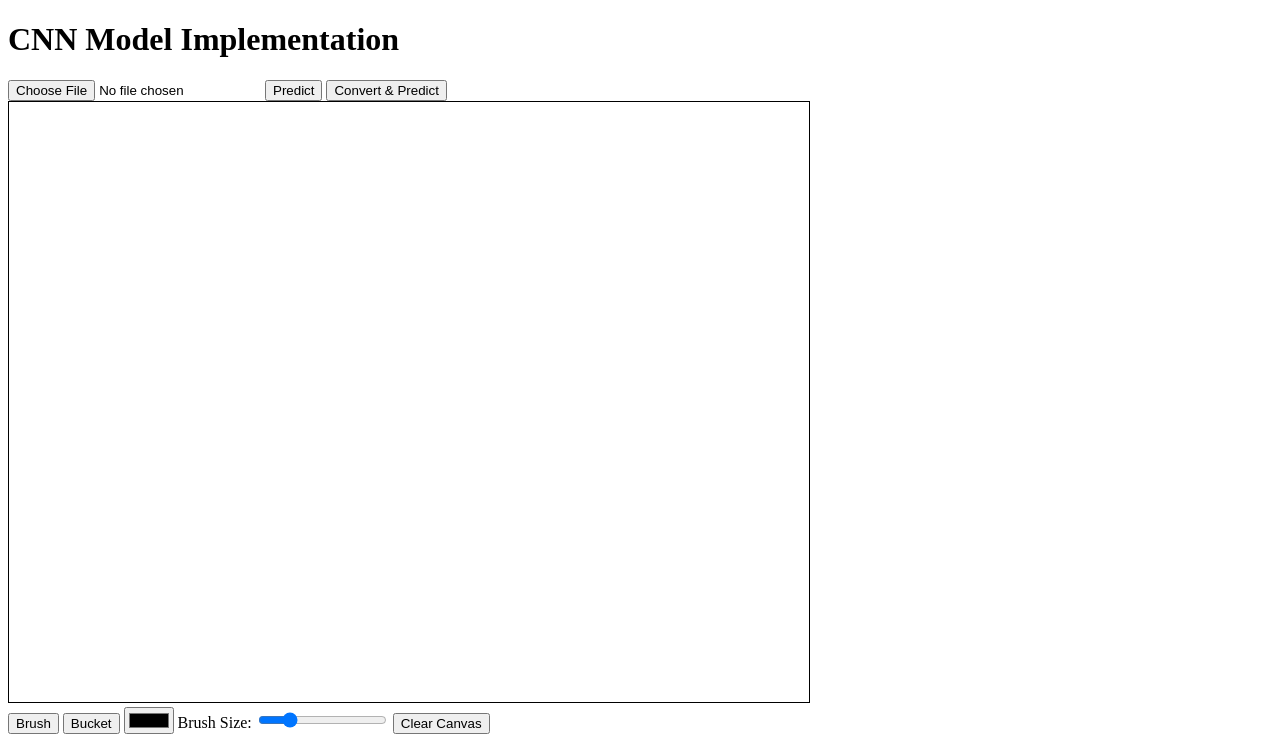
Repository: choobrendan/Flag-Guesser
Page: http://localhost/
These files come from the project's save history. The page is drawn as it stood at one moment and after a run of saves; the edit follows.
The browser window is 1280 px wide. The pictures show the whole page.
The page is served by the project's application, run on Flask 3 (app.py).

Above is the page before, as saved 2023-08-28 15:06:09.

### templates/index.html
<!DOCTYPE html>
<html lang="en">
<head>
    <meta charset="UTF-8">
    <meta name="viewport" content="width=device-width, initial-scale=1.0">
    <h1>CNN Model Implementation</h1>
    <form id="prediction-form" enctype="multipart/form-data">
        <input type="file" name="image" accept="image/*">
        <button type="submit">Predict</button>
        <button id="convert-and-predict">Convert & Predict</button>
    </form>
    <!-- <img id="converted-image" style="max-width: 100%; display: none;"> -->

    <style>
        canvas {
            border: 1px solid black;
        }
    </style>
</head>
<body>
    <canvas id="paint-canvas" width="800" height="600"></canvas>

    <div id="paint-controls">
        <button id="brush-tool">Brush</button>
        <button id="bucket-tool">Bucket</button>
        <input type="color" id="color-picker" value="#000000">
        <label for="brush-size">Brush Size:</label>
        <input type="range" id="brush-size" min="1" max="20" value="5">
        <button id="clear-canvas">Clear Canvas</button>
    </div>
    <div id="prediction-result"></div>
    <script>
        document.getElementById('prediction-form').addEventListener('submit', function(event) {
            event.preventDefault();

            const formData = new FormData(document.getElementById('prediction-form'));

            fetch('/predict', {
                method: 'POST',
                body: formData
            })
            .then(response => response.json())
            .then(data => {
                const resultDiv = document.getElementById('prediction-result');
                resultDiv.innerHTML = ""; // Clear previous results

                const predictions = data.predictions;
                for (const prediction of predictions) {
                    const class_name = prediction.class_name;
                    const score = prediction.score;

                    const predictionInfo = document.createElement('p');
                    predictionInfo.textContent = `Nation: ${class_name}, Confidence: ${score}`;
                    resultDiv.appendChild(predictionInfo);
                }
            })
            .catch(error => {
                console.error('Error:', error);
            });
        });
        const canvas = document.getElementById('paint-canvas');
        const ctx = canvas.getContext('2d');
        let painting = false;
        let currentTool = 'brush';
        let currentColor = '#000000';
        let brushSize = 5;

        canvas.addEventListener('mousedown', startPainting);
        canvas.addEventListener('mouseup', stopPainting);
        canvas.addEventListener('mousemove', draw);

        // Adjusted function to start painting
        function startPainting(event) {
            painting = true;
            draw(event);
        }

        // Adjusted function to handle drawing
        function draw(event) {
            if (!painting) return;

            const canvasRect = canvas.getBoundingClientRect();
            const mouseX = event.clientX - canvasRect.left;
            const mouseY = event.clientY - canvasRect.top;

            ctx.lineWidth = brushSize;
            ctx.lineCap = 'round';
            ctx.strokeStyle = currentColor;

            ctx.lineTo(mouseX, mouseY);
            ctx.stroke();
            ctx.beginPath();
            ctx.moveTo(mouseX, mouseY);
        }

        document.getElementById('brush-tool').addEventListener('click', useBrush);
        document.getElementById('bucket-tool').addEventListener('click', useBucket);
        document.getElementById('color-picker').addEventListener('input', pickColor);
        document.getElementById('brush-size').addEventListener('input', updateBrushSize);
        document.getElementById('clear-canvas').addEventListener('click', clearCanvas);

        function startPainting(event) {
            painting = true;
            draw(event);
        }

        function stopPainting() {
            painting = false;
            ctx.beginPath();
        }

        function draw(event) {
            if (!painting) return;

            ctx.lineWidth = brushSize;
            ctx.lineCap = 'round';
            ctx.strokeStyle = currentColor;

            ctx.lineTo(event.clientX - canvas.offsetLeft, event.clientY - canvas.offsetTop);
            ctx.stroke();
            ctx.beginPath();
            ctx.moveTo(event.clientX - canvas.offsetLeft, event.clientY - canvas.offsetTop);
        }

        function useBrush() {
            currentTool = 'brush';
        }

        function useBucket() {
            currentTool = 'bucket';
        }

        function pickColor(event) {
            currentColor = event.target.value;
        }

        function updateBrushSize(event) {
            brushSize = event.target.value;
        }

        function clearCanvas() {
            ctx.clearRect(0, 0, canvas.width, canvas.height);
        }

        document.getElementById('convert-and-predict').addEventListener('click', convertAndPredict);

function convertAndPredict() {
    // Convert canvas content to image (JPEG)
    const canvasDataUrl = canvas.toDataURL('image/jpeg');

    // Display the converted image
    const convertedImage = document.getElementById('converted-image');
    convertedImage.src = canvasDataUrl;
    convertedImage.style.display = 'block';

    // Create a Blob from the data URL
    const blob = dataURLtoBlob(canvasDataUrl);

    // Create a FormData object to send the image
    const formData = new FormData();
    formData.append('image', blob, 'canvas-image.jpg');

    // Send the FormData to the server
    fetch('/predict', {
        method: 'POST',
        body: formData
    })
    .then(response => response.json())
    .then(data => {
        const resultDiv = document.getElementById('prediction-result');
        resultDiv.innerHTML = ""; // Clear previous results

        const predictions = data.predictions;
        for (const prediction of predictions) {
            const class_name = prediction.class_name;
            const score = prediction.score;

            const predictionInfo = document.createElement('p');
            predictionInfo.textContent = `Nation: ${class_name}, Confidence: ${score}`;
            resultDiv.appendChild(predictionInfo);
        }
    })
    .catch(error => {
        console.error('Error:', error);
    });
}

// Helper function to convert data URL to Blob
document.getElementById('convert-and-predict').addEventListener('click', convertAndPredict);

function convertAndPredict() {
    // Convert uncolored pixels to white
    const imageData = ctx.getImageData(0, 0, canvas.width, canvas.height);
    for (let i = 0; i < imageData.data.length; i += 4) {
        if (
            imageData.data[i] === 0 &&
            imageData.data[i + 1] === 0 &&
            imageData.data[i + 2] === 0 &&
            imageData.data[i + 3] === 0
        ) {
            imageData.data[i] = 255; // Red channel
            imageData.data[i + 1] = 255; // Green channel
            imageData.data[i + 2] = 255; // Blue channel
            imageData.data[i + 3] = 255; // Alpha channel
        }
    }
    ctx.putImageData(imageData, 0, 0);

    // Convert canvas content to image (JPEG)
    const canvasDataUrl = canvas.toDataURL('image/jpeg');

    // Display the converted image
    const convertedImage = document.getElementById('converted-image');
    convertedImage.src = canvasDataUrl;
    convertedImage.style.display = 'block';

    // Create a Blob from the data URL
    const blob = dataURLtoBlob(canvasDataUrl);

    // Create a FormData object to send the image
    const formData = new FormData();
    formData.append('image', blob, 'canvas-image.jpg');

    // Send the FormData to the server
    fetch('/predict', {
        method: 'POST',
        body: formData
    })
    .then(response => response.json())
    .then(data => {
        const resultDiv = document.getElementById('prediction-result');
        resultDiv.innerHTML = ""; // Clear previous results

        const predictions = data.predictions;
        for (const prediction of predictions) {
            const class_name = prediction.class_name;
            const score = prediction.score;

            const predictionInfo = document.createElement('p');
            predictionInfo.textContent = `Nation: ${class_name}, Confidence: ${score}`;
            resultDiv.appendChild(predictionInfo);
        }
    })
    .catch(error => {
        console.error('Error:', error);
    });
}

// Helper function to convert data URL to Blob
function dataURLtoBlob(dataURL) {
    const byteString = atob(dataURL.split(',')[1]);
    const mimeString = dataURL.split(',')[0].split(':')[1].split(';')[0];
    const ab = new ArrayBuffer(byteString.length);
    const ia = new Uint8Array(ab);

    for (let i = 0; i < byteString.length; i++) {
        ia[i] = byteString.charCodeAt(i);
    }

    return new Blob([ab], { type: mimeString });
}
    </script>
</body>
</html>

### app.py
from flask import Flask, render_template, request, jsonify
import tensorflow as tf
import numpy as np
import cv2
import io

app = Flask(__name__)

# Load the pre-trained CNN model
model = tf.keras.models.load_model('static/model.h5')
model.summary()

# Load class names
class_names = ['Afghanistan',
 'Albania',
 'Algeria',
 'Andorra',
 'Angola',
 'Antigua & Barbuda',
 'Argentina',
 'Armenia',
 'Australia',
 'Austria',
 'Azerbaijan',
 'Bahamas',
 'Bahrain',
 'Bangladesh',
 'Barbados',
 'Belarus',
 'Belgium',
 'Belize',
 'Benin',
 'Bhutan',
 'Bolivia',
 'Bosnia & Herzegovina',
 'Botswana',
 'Brazil',
 'Brunei',
 'Bulgaria',
 'Burkina Faso',
 'Burundi',
 'CAR',
 'Cambodia',
 'Cameroon',
 'Canada',
 'Cape Verde',
 'Chad',
 'Chile',
 'China',
 'Colombia',
 'Comoros',
 'Congo',
 'Costa Rica',
 'Croatia',
 'Cuba',
 'Cyprus',
 'Czech Republic',
 'Denmark',
 'Djibouti',
 'Doctor Congo',
 'Dominica',
 'Dominican Republic',
 'Ecuador',
 'Egypt',
 'El Salvador',
 'Equatorial Guinea',
 'Eritrea',
 'Estonia',
 'Eswatini',
 'Ethiopia',
 'Fiji',
 'Finland',
 'France',
 'Gabon',
 'Gambia',
 'Georgia',
 'Germany',
 'Ghana',
 'Greece',
 'Grenada',
 'Guatemala',
 'Guinea',
 'Guinea Bisseau',
 'Guyana',
 'Haiti',
 'Honduras',
 'Hungary',
 'Iceland',
 'India',
 'Indonesia',
 'Iran',
 'Iraq',
 'Ireland',
 'Israel',
 'Italy',
 'Ivory Coast',
 'Jamaica',
 'Japan',
 'Jordan',
 'Kazakhstan',
 'Kenya',
 'Kiribati',
 'Kuwait',
 'Kyrgyzstan',
 'Laos',
 'Latvia',
 'Lebanon',
 'Lesotho',
 'Liberia',
 'Libya',
 'Liechenstein',
 'Lithuania',
 'Luxemborg',
 'Madagascar',
 'Malawi',
 'Malaysia',
 'Maldives',
 'Mali',
 'Malta',
 'Marshall Islands',
 'Mauritius',
 'Maurituana',
 'Mexico',
 'Micronesia',
 'Modolva',
 'Monaco',
 'Mongolia',
 'Montenegro',
 'Morocco',
 'Mozambique',
 'Myanmar',
 'Namibia',
 'Nauru',
 'Nepal',
 'Netherlands',
 'New Zealand',
 'Niger',
 'Nigeria',
 'North Korea',
 'North Macedonia',
 'Norway',
 'Oman',
 'Pakistan',
 'Palau',
 'Panama',
 'Papua Nue Guinea',
 'Paraguay',
 'Peru',
 'Philippines',
 'Poland',
 'Portugal',
 'Qatar',
 'Romania',
 'Russia',
 'Rwanda',
 'Saint Kitts and Nevis',
 'Saint Lucia',
 'Saint Vincent and the Grenadines',
 'Samoa',
 'San Marino',
 'Sao Tome and Principe',
 'Saudi Arabia',
 'Senegal',
 'Serbia',
 'Seychelles',
 'Sierra Leone',
 'Singapore',
 'Slovakia',
 'Slovenia',
 'Solomon Islands',
 'Somalia',
 'South Africa',
 'South Korea',
 'South Sudan',
 'Spain',
 'Sri Lanka',
 'St Kittis and Nevis',
 'Sudan',
 'Suriname',
 'Sweden',
 'Switzerland',
 'Syria',
 'Tajikistan',
 'Tanzania',
 'Thailand',
 'Timor Leste',
 'Togo',
 'Tonga',
 'Trinidad and Tobago',
 'Tunisia',
 'Turkey',
 'Turkmenistan',
 'Tuvalu',
 'UAE',
 'USA',
 'Uganda',
 'Ukraine',
 'United Kingdom',
 'Uruguay',
 'Uzbekistan',
 'Vanuatu',
 'Venezuela',
 'Vietnam',
 'Yemen',
 'Zambia',
 'Zimbabwe']

# Define a route to render the index.html page
@app.route('/')
def index():
    return render_template('index.html')

@app.route('/predict', methods=['POST'])
def predict():
    # try:
    #     print("aaaaaaaaaaaaa")
    #     if 'image' not in request.files:
    #         return jsonify({'error': 'No image uploaded'})

        image = request.files['image']
        # if image.filename == '':
        #     return jsonify({'error': 'No image selected'})

        img = cv2.imdecode(np.frombuffer(image.read(), np.uint8), cv2.IMREAD_COLOR)
        img = cv2.cvtColor(img, cv2.COLOR_BGR2RGB)
        # img = tf.image.convert_image_dtype(img, dtype=tf.float32)
        img = cv2.resize(img, (128, 128))
        img = tf.expand_dims(img, axis=0)

        predictions = model.predict(img)
        prediction_scores = tf.nn.softmax(predictions[0])
        prediction_scores = prediction_scores.numpy()
        top_classes = np.argsort(prediction_scores)[-5:][::-1]  # Get top 5 classes

        results = []
        for class_index in top_classes:
            class_name = class_names[class_index]
            score = prediction_scores[class_index].item()  # Convert float32 to Python float
            results.append({'class_name': class_name, 'score': score})

        return jsonify({'predictions': results})
    # except Exception as e:
    #     return jsonify({'error': str(e)})

if __name__ == '__main__':
    app.run(debug=True)

After the next 3 saves:
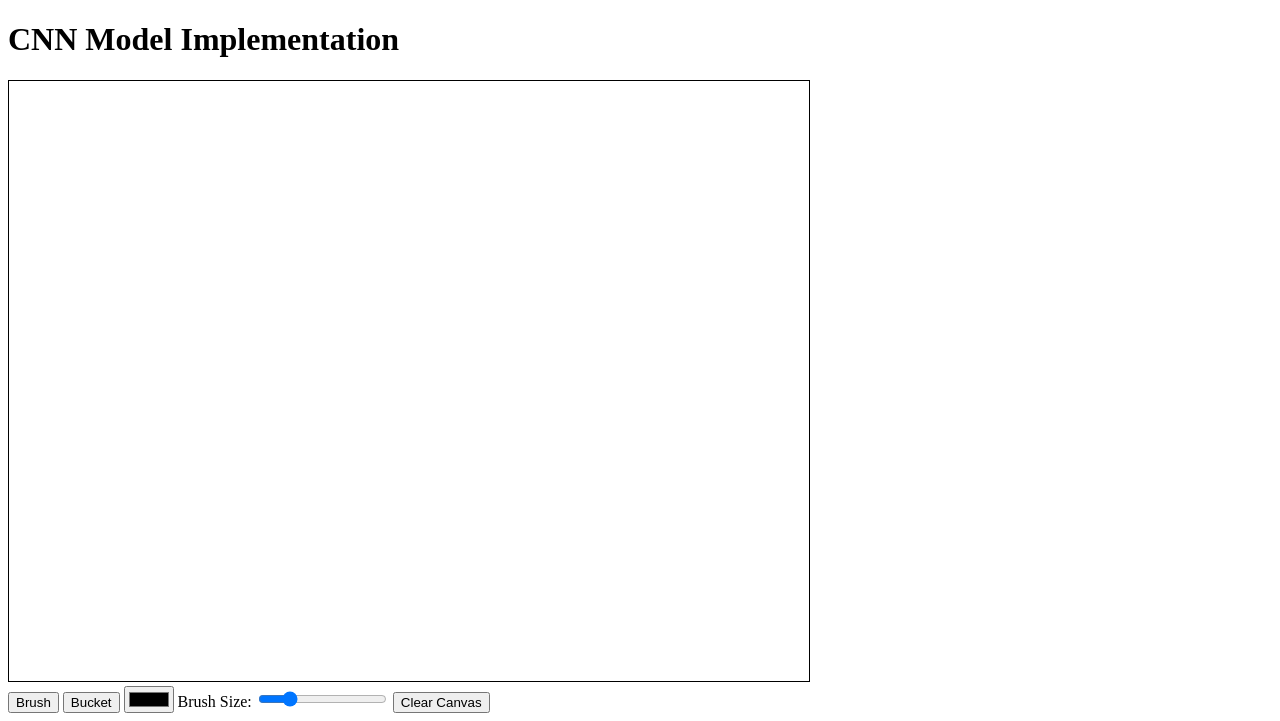
Console error: TypeError: Cannot read properties of null (reading 'addEventListener')
The 3 saves are shown as one change because they came seconds apart.
The last was saved 27 s later.
--- a/templates/index.html
+++ b/templates/index.html
@@ -4,11 +4,7 @@
     <meta charset="UTF-8">
     <meta name="viewport" content="width=device-width, initial-scale=1.0">
     <h1>CNN Model Implementation</h1>
-    <form id="prediction-form" enctype="multipart/form-data">
-        <input type="file" name="image" accept="image/*">
-        <button type="submit">Predict</button>
-        <button id="convert-and-predict">Convert & Predict</button>
-    </form>
+
     <!-- <img id="converted-image" style="max-width: 100%; display: none;"> -->
 
     <style>

After the 3 saves that followed:
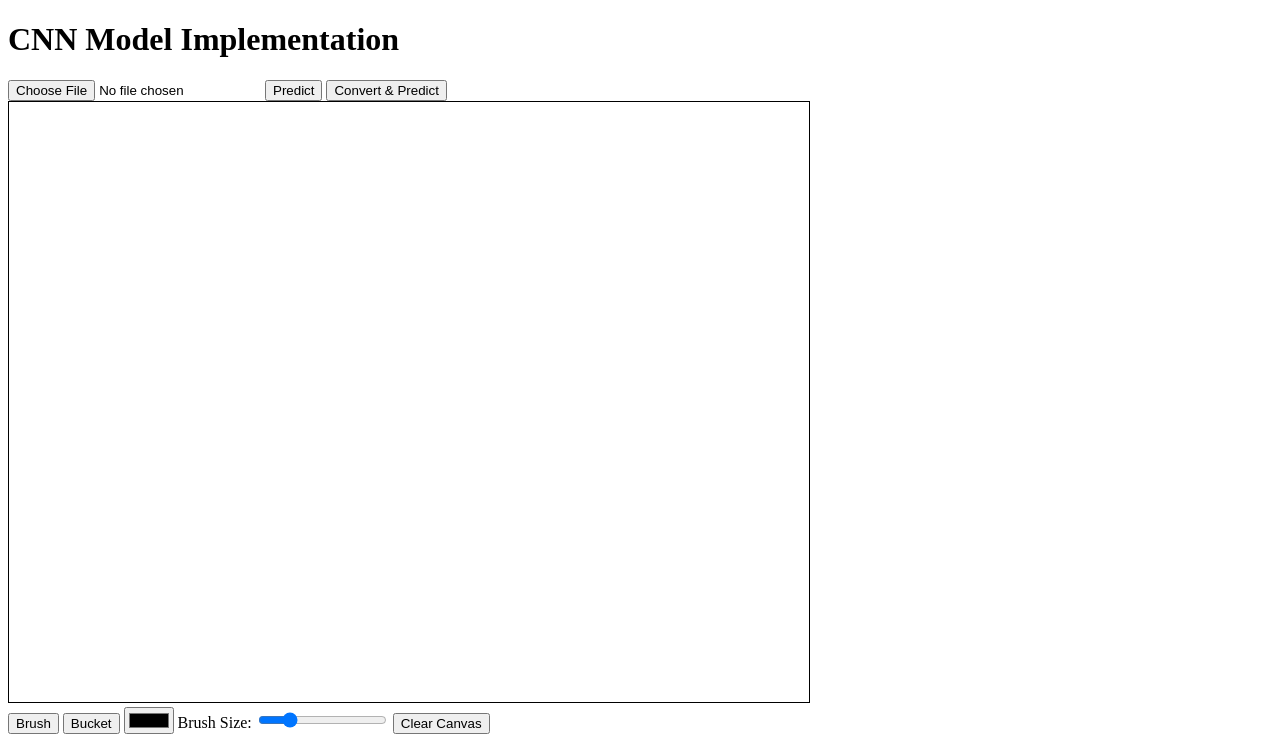
The error is gone.
The 3 saves are shown as one change because they came seconds apart.
The last was saved 11 s later.
--- a/templates/index.html
+++ b/templates/index.html
@@ -14,6 +14,11 @@
     </style>
 </head>
 <body>
+    <form id="prediction-form" enctype="multipart/form-data">
+        <input type="file" name="image" accept="image/*">
+        <button type="submit">Predict</button>
+        <button id="convert-and-predict">Convert & Predict</button>
+    </form>
     <canvas id="paint-canvas" width="800" height="600"></canvas>
 
     <div id="paint-controls">
